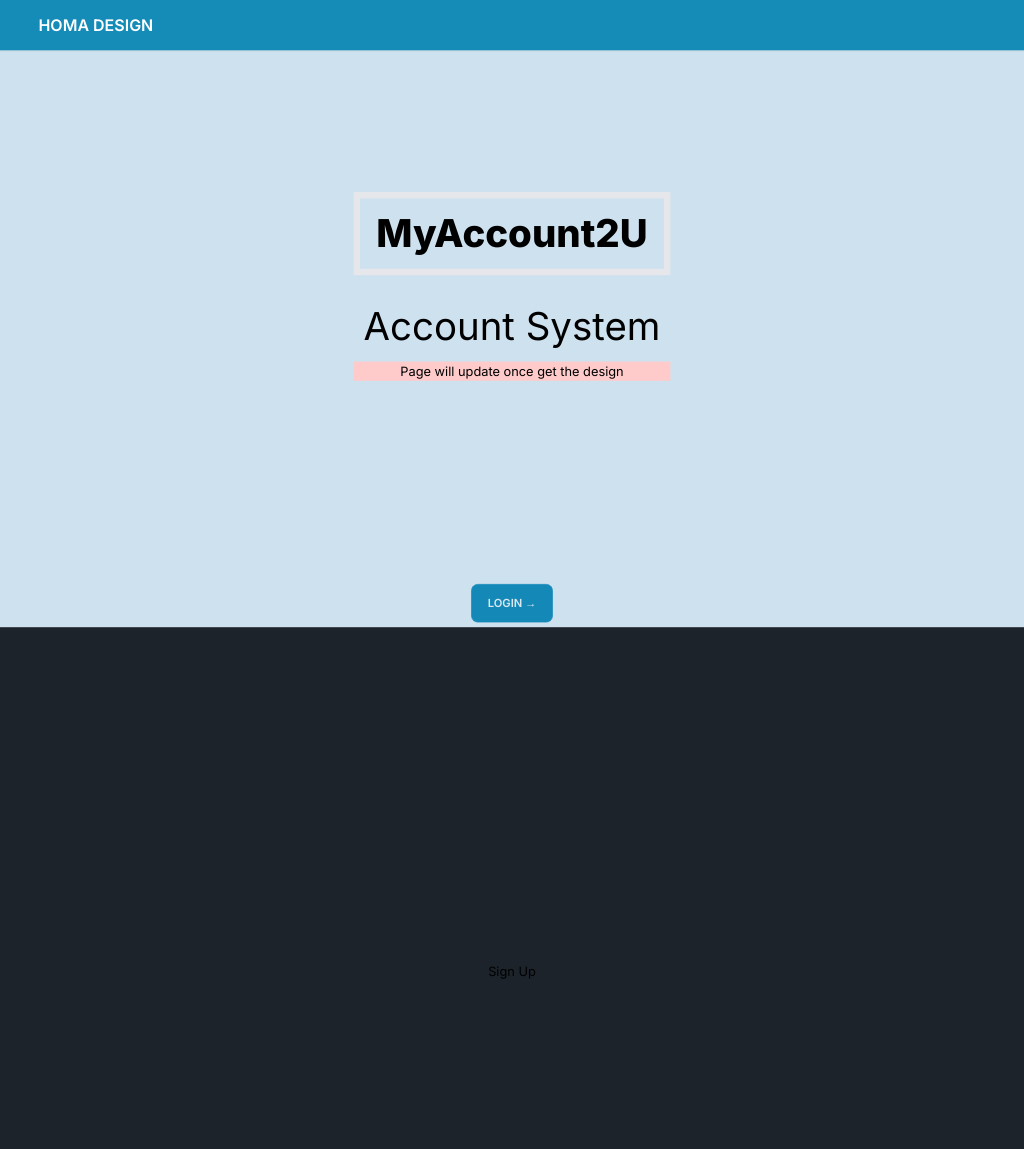
Repository: khairul35/merchant-dashboard
Page: /
These files come from the project's save history. The page is drawn as it stood at one moment and after the next save; the edit follows.
The browser window is 1280 px wide. The pictures show the whole page, at 80% of full size.
The project was rebuilt for these pictures with package versions that can differ from the ones it lists, and the page was loaded fresh each time. The framework's server and built-in components were replaced by stand-ins that run in the browser. Also part of the build but not shown: next.config.js.

Above is the page before, as saved 2024-01-03 10:25:58.

### app/layout.tsx
import type { Metadata } from 'next'
import { Inter } from 'next/font/google'
import Header from './components/layout/Header';
import './globals.css'

const inter = Inter({ subsets: ['latin'] })

export const metadata: Metadata = {
  title: 'Merchant apps',
  description: 'Merchant web app',
}

export default function RootLayout({
  children,
}: {
  children: React.ReactNode
}) {
  return (
    <html lang="en">
      <body className={inter.className}>
        <div className='flex flex-col h-screen'>
          <Header />
          {children}
        </div>
      </body>
    </html>
  )
}

### app/page.tsx
'use client';

import router from 'next/router';
import Link from 'next/link';

export default function Home() {
  console.log(window.localStorage.getItem('isLogin'))
  if (window.localStorage.getItem('isLogin') == 'true') {
      window.location.href = '/dashboard';
  }
  return (
      <main className="flex min-h-screen flex-col items-center justify-between p-24 bg-bg-color">
        <div>
          <div>
            <h1 className="text-5xl font-extrabold border-8 p-5 text-center items-center mb-10 mt-20">MyAccount2U</h1>
          </div>
          <h1 className="text-5xl text-center items-center">Account System</h1>
          <p className="text-center items-center bg-red-200 mt-5">Page will update once get the design</p>
          <div className="items-center flex justify-center h-full pt-4 mt-10">
            <Link href="/login">
              <button className="btn btn-primary w-full max-w-xs pl-5 pr-5">Login &rarr;</button>
            </Link>
          </div>
          <div className="items-center flex justify-center h-full pt-4">
            <Link href="/login">
              Sign Up
            </Link>
          </div>
        </div>
      </main>
  )
}

### app/components/layout/Header/index.tsx
'use client';

import Link from "next/link";
import { useState, useEffect } from "react";

const Header = () => {


    useEffect(() => {
        if (window.localStorage.getItem('isLogin') == 'true') {
        }
    }, []);


    return (
        localStorage.getItem('isLogin') == 'true' ?
        <div
            className="navbar border-b shadow-black-200"
            style={{ backgroundColor: "#158BB8", color: "#fff" }}
        >
            <h2 className="text-xl font-semibold pl-10">HOMA DESIGN</h2>
        </div>
        :
        <div
            className="navbar border-b shadow-black-200"
            style={{ backgroundColor: "#158BB8", color: "#fff" }}
        >
            <h2 className="text-xl font-semibold pl-10">HOMA DESIGN</h2>
        </div>
    )
};

export default Header;

### tailwind.config.ts
import type { Config } from 'tailwindcss'

const config: Config = {
  content: [
    './pages/**/*.{js,ts,jsx,tsx,mdx}',
    './components/**/*.{js,ts,jsx,tsx,mdx}',
    './app/**/*.{js,ts,jsx,tsx,mdx}',
  ],
  theme: {
    extend: {
      backgroundImage: {
        'gradient-radial': 'radial-gradient(var(--tw-gradient-stops))',
        'gradient-conic':
          'conic-gradient(from 180deg at 50% 50%, var(--tw-gradient-stops))',
      },
      backgroundColor: {
        'bg-color': '#CEE1EE', // Define a custom background color class
      },
      button: {
        'primary': '#158BB8',
      },
      fontWeight: {
        'label': '600',
      },
    },
  },
  plugins: [require("daisyui")],
  daisyui: {
    themes: [
      {
        mytheme: {
          "primary": "#158BB8",
          "secondary": "#d926a9",
          "accent": "#1fb2a6",
          "neutral": "#2a323c",
          "base-100": "#1d232a",
          "info": "#3abff8",
          "success": "#36d399",
          "warning": "#fbbd23",
          "error": "#f87272",
        },
      },
    ],
  },
}
export default config

Loaded but not shown: app/globals.css (common file)

After the next save:
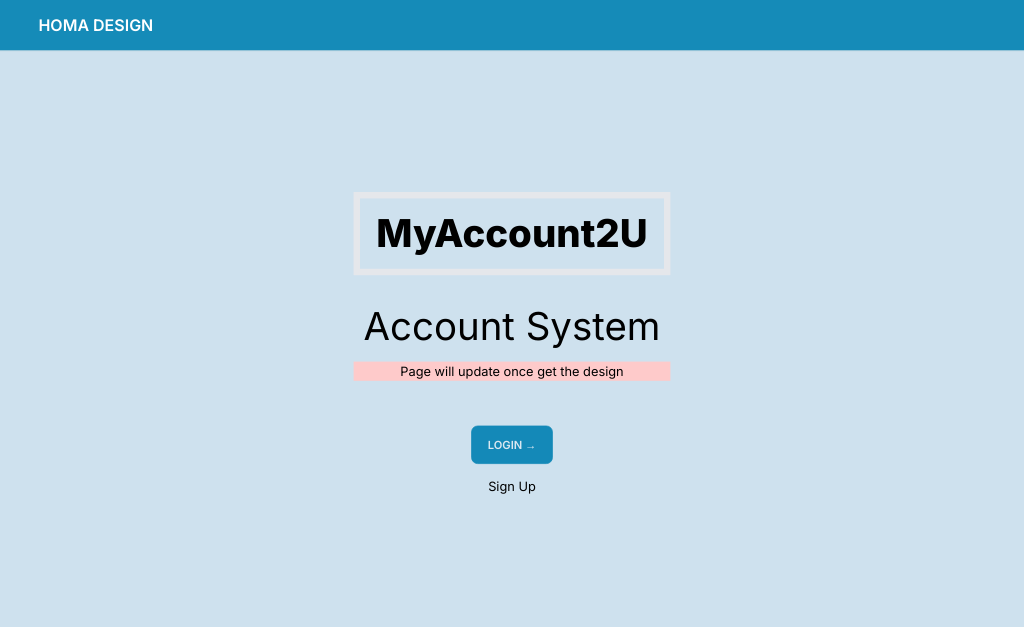
Saved 16 s later.
--- a/app/layout.tsx
+++ b/app/layout.tsx
@@ -18,7 +18,7 @@
   return (
     <html lang="en">
       <body className={inter.className}>
-        <div className='flex flex-col h-screen'>
+        <div className=''>
           <Header />
           {children}
         </div>
